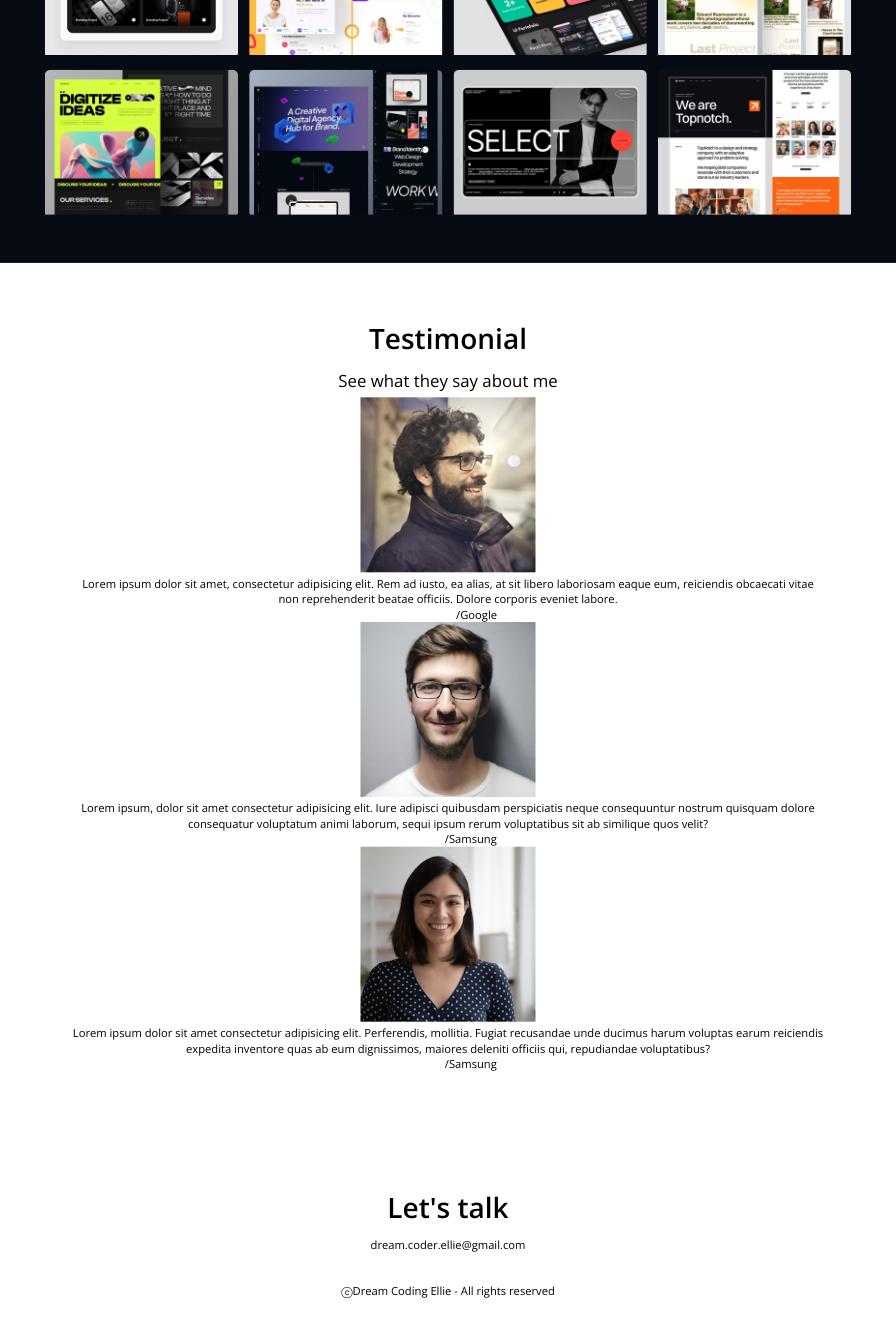
Repository: eggmoon/eggmoon_new
Page: index.html
These files come from the project's save history. The page is drawn as it stood at one moment and after a run of saves; the edit follows.
The browser window is 1280 px wide. The pictures show the part of the page from y = 2641 to 4561 px (the page is 4561 px tall before and 4007 px after), at 70% of full size.
Some web libraries are served in a nearby version.

Above is the page before, as saved 2025-02-26 14:56:54.

### index.html
<!DOCTYPE html>
<html lang="en">
  <head>
    <meta charset="UTF-8" />
    <meta http-equiv="X-UA-Compatible" content="IE=edge" />
    <meta name="viewport" content="width=device-width, initial-scale=1.0" />
    <!-- SEO -->
    <title>행정심판청구서 작성 가이드</title>
    <meta
      name="description"
      content="Portfolio for world-renowned software
    engineer Ellie"
    />
    <meta name="author" content="MScho" />
    <link rel="shortcut icon" href="images/favicon.ico" type="image/x-icon" />
    <!-- OG (Open Graph Data) -->
    <meta property="og:title" content="행정정심판청구서 작성 가이드" />
    <meta property="og:type" content="website" />
    <meta property="og:url" content="https://eggmoon.github.io/eggmoon/"/>
    <meta property="og:image" content="배포후에 생성된 이미지 URL" />
    <!-- Google Fonts -->
    <link rel="preconnect" href="https://fonts.googleapis.com" />
    <link rel="preconnect" href="https://fonts.gstatic.com" crossorigin />
    <link
      href="https://fonts.googleapis.com/css2?family=Open+Sans:wght@400;600&display=swap"
      rel="stylesheet"
    />
    <!-- Font Awesome -->
    <script src="https://kit.fontawesome.com/8d3cd595d6.js" crossorigin="anonymous"></script>
    <!-- CSS -->
    <link rel="stylesheet" href="css/style.css" />
    <!-- Javascript -->
    <script src="src/main.js" defer></script>
  </head>
  <body>
    <!-- Header -->
    <header class="header">
      <div class="header__logo">
        <img class="header__logo__img" src="images/favicon.ico" alt="logo" />
        <h1 class="header__logo__title"><a href="#">조미성 행정사사무소</a></h1>
      </div>
      <nav>
        <ul class="header__menu">
          <li><a class="header__menu__item active" href="#home">작성 Flow</a></li>
          <li><a class="header__menu__item" href="#about">사실관계 확인</a></li>
          <li><a class="header__menu__item" href="#skills">법령 포섭</a></li>
          <li><a class="header__menu__item" href="#work">사실의 재구성</a></li>
          <li><a class="header__menu__item" href="#testimonial">비례의 원칙</a></li>
          <li><a class="header__menu__item" href="#contact">청구서 작성</a></li>
        </ul>
      </nav>
    </header>
    <!-- Main -->
    <main>
      <!-- Home -->
      <section id="home" class="section">
        <img class="home__logo" src="images/favicon.ico" alt="Ellie's profile" />
        <h2 class="home__title"><strong class="home__title--strong">행정심판청구서</strong> <br> 작성 가이드</h2>
        <p class="home__description">사실관계 확정과 비례의 원칙을 중심으로</p>
        <a class="home__contact" href="#contact">조미성 행정사사무소</a>
      </section>
      <!-- About -->
      <section id="about" class="section max-container =">
        <h2 class="title">작성 Flow</h2>
        <p section="description">
          사실관계 및 법령의 확인
        </p>
        <p>내용을 작성해야 합니다.</p>
        <ul class="about__majors">
          <li class="about__major">
            <i class="fa-brands fa-html5 about__major__icon"></i>
            <p class="about__major__title">사실관계 및 관련 법령</p>
            <p>처분서에 따른... 확인</p>
          </li>
          <li class="about__major">
            <i class="fa-solid fa-mobile about__major__icon"></i>
            <p class="about__major__title">사실관계의 재구성</p>
            <p>사실관계...재구성</p>
          </li>
          <li class="about__major">
            <i class="fa-solid fa-server about__major__icon"></i>
            <p class="about__major__title">자료조사 및 법령의 해석론 확립</p>
            <p>논문, 법령... 등 조사</p>`
          </li>
        </ul>
        <ul class="about__subexps">
          <li class="about__subexp">
            <img src="images/jobs/google.png" alt="google logo" />
            <div>
              <p class="about__subexp__title">Google as Senior Software Engineer</p>
              <p class="about__subexp__content">2019 Oct - Until now</p>
            </div>
          </li>
          <li class="about__subexp">
            <img src="images/jobs/samsung.png" alt="samsung logo" />
            <div>
              <p class="about__subexp__title">Samsung as Software Engineer</p>
              <p class="about__subexp__content">2014 Sept - 2019 Oct</p>
            </div>
          </li>
        </ul>
      </section>
      <!-- Skills -->
      <section id="skills" class="section">
        <div class="max-container">
          <h2 class="title">사실관계의 확인</h2>
          <p class="description">사실관계</p>
          <p>
            Lorem ipsum dolor sit, amet consectetur adipisicing 계lit. Alias
            doloremque sint deleniti vel quod itaque molestias, suscipit dolor
            cupiditate saepe rem minima, amet ipsum accusantium architecto
            laboriosam dolore id necessitatibus?
          </p>
          <div class="skills-container">
            <section class="skills__rule">
              <h3 class="skills__title">Coding Skills</h3>
              <ul>
                <li class="bar">
                  <div class="bar__metadata"><span>HTML</span><span>98%</span></div>
                  <div><div class="bar__value bar__bg" style="width: 98%"></div></div>
                </li>
                <li class="bar">
                  <div class="bar__metadata"><span>CSS</span><span>90%</span></div>
                  <div><div class="bar__value bar__bg" style="width: 90%"></div></div>
                </li>
                <li class="bar">
                  <div class="bar__metadata"><span>JavaScript</span><span>90%</span></div>
                  <div><div class="bar__value bar__bg" style="width: 90%"></div></div>
                </li>
                <li class="bar">
                  <div class="bar__metadata"><span>TypeScript</span><span>80%</span></div>
                  <div><div class="bar__value bar__bg" style="width: 80%"></div></div>
                </li>
                <li class="bar">
                  <div class="bar__metadata"><span>React</span><span>79%</span></div>
                  <div><div class="bar__value bar__bg" style="width: 79%"></div></div>
                </li>
                <li class="bar">
                  <div class="bar__metadata"><span>NodeJs</span><span>68%</span></div>
                  <div><div class="bar__value bar__bg" style="width: 68%"></div></div>
                </li>
              </ul>
            </section>
            <section class="skills__explain">
              <h3 class="skills__title">Tools</h3>
              <ul>
                <li>Visual Studio Code</li>
                <li>IntelliJ</li>
                <li>Android Studio Code</li>
                <li>iOS development tools</li>
                <li>Sketch app</li>
              </ul>
            </section>
            <section class="skills__data">
              <h3 class="skills__title">Etc</h3>
              <ul>
                <li>Git</li>
                <li>Scrum Master</li>
                <li>Math</li>
              </ul>
            </section>
          </div>
        </div>
      </section>
      <!-- Work -->
      <section id="work" class="section">
        <div class="max-container">
          <h2 class="title">My work</h2>
          <p class="description">Projects</p>
          <ul class="categories">
            <li>
              <button class="category category--selected">All <span class="category__count">8</span></button>
            </li>
            <li>
              <button class="category">Front-end <span class="category__count">3</span></button>
            </li>
            <li>
              <button class="category">Back-end <span class="category__count">3</span></button>
            </li>
            <li>
              <button class="category">Mobile <span class="category__count">2</span></button>
            </li>
          </ul>
          <ul class="projects">
            <li class="project">
              <a href="#" target="_blank">
                <img src="images/projects/project1.webp" alt="project1" class="project__img"/>
                <div class="project__metadata">
                  <h3 class="project__title">Project #1</h3>
                  <p>Clone Coding with HTML, CSS</p>
                </div>
              </a>
            </li>
            <li class="project">
              <a href="#" target="_blank">
                <img src="images/projects/project2.webp" alt="project2" class="project__img"/>
                <div class="project__metadata">
                  <h3 class="project__title">Project #2</h3>
                  <p>Clone Coding with HTML, CSS</p>
                </div>
              </a>
            </li>
            <li class="project">
              <a href="#" target="_blank">
                <img src="images/projects/project3.webp" alt="project3" class="project__img"/>
                <div class="project__metadata">
                  <h3 class="project__title">Project #3</h3>
                  <p>Clone Coding with HTML, CSS</p>
                </div>
              </a>
            </li>
            <li class="project">
              <a href="#" target="_blank">
                <img src="images/projects/project4.webp" alt="project4" class="project__img"/>
                <div class="project__metadata">
                  <h3 class="project__title">Project #4</h3>
                  <p>Clone Coding with HTML, CSS</p>
                </div>
              </a>
            </li>
            <li class="project">
              <a href="#" target="_blank">
                <img src="images/projects/project5.webp" alt="project5" class="project__img"/>
                <div class="project__metadata">
                  <h3 class="project__title">Project #5</h3>
                  <p>Clone Coding with HTML, CSS</p>
                </div>
              </a>
            </li>
            <li class="project">
              <a href="#" target="_blank">
                <img src="images/projects/project6.webp" alt="project6" class="project__img"/>
                <div class="project__metadata">
                  <h3 class="project__title">Project #6</h3>
                  <p>Clone Coding with HTML, CSS</p>
                </div>
              </a>
            </li>
            <li class="project">
              <a href="#" target="_blank">
                <img src="images/projects/project7.webp" alt="project7" class="project__img"/>
                <div class="project__metadata">
                  <h3 class="project__title">Project #7</h3>
                  <p>Clone Coding with HTML, CSS</p>
                </div>
              </a>
            </li>
            <li class="project">
              <a href="#" target="_blank">
                <img src="images/projects/project8.webp" alt="project8" class="project__img"/>
                <div class="project__metadata">
                  <h3 class="project__title">Project #8</h3>
                  <p>Clone Coding with HTML, CSS</p>
                </div>
              </a>
            </li>
          </ul>
        </div>
      </section>
      <!-- Testimonials -->
      <section id="testimonials" class="section max-container">
        <h2 class="title">Testimonial</h2>
        <p class="description">See what they say about me</p>
        <ul class="testimonials">
          <li class=".testimonial">
            <img src="images/testimonials/people1.webp" alt="people1" class="testimonial__img" />
            <div class="testimonial__bubble">
              <p>
                Lorem ipsum dolor sit amet, consectetur adipisicing elit. Rem ad
                iusto, ea alias, at sit libero laboriosam eaque eum, reiciendis
                obcaecati vitae non reprehenderit beatae officiis. Dolore
                corporis eveniet labore.
              </p>
              <p><a href="#">James Kim</a> /Google</p>
            </div>
          </li>
          <li class=".testimonial">
            <img src="images/testimonials/people2.webp" alt="people2" class="testimonial__img" />
            <div class="testimonial__bubble">
              <p class="testimonial__bubble__name">
                Lorem ipsum, dolor sit amet consectetur adipisicing elit. Iure
                adipisci quibusdam perspiciatis neque consequuntur nostrum
                quisquam dolore consequatur voluptatum animi laborum, sequi
                ipsum rerum voluptatibus sit ab similique quos velit?
              </p>
              <p><a href="#">Anna Jin</a> /Samsung</p>
            </div>
          </li>
          <li class=".testimonial">
            <img src="images/testimonials/people3.webp" alt="people3" class="testimonial__img" />
            <div class="testimonial__bubble">
              <p class="testimonial__bubble__name">
                Lorem ipsum dolor sit amet consectetur adipisicing elit.
                Perferendis, mollitia. Fugiat recusandae unde ducimus harum
                voluptas earum reiciendis expedita inventore quas ab eum
                dignissimos, maiores deleniti officiis qui, repudiandae
                voluptatibus?
              </p>
              <p class="testimonial__bubble__name"><a href="#">Anna Jin</a> /Samsung</p>
            </div>
          </li>
        </ul>
      </section>
      <!-- Arrow up -->
      <aside>
        <a href="#home" title="back to top">
          <i class="fa-solid fa-arrow-up"></i>
        </a>
      </aside>
    </main>
    <!-- Footer -->
    <footer id="contact" class="section">
      <h2 class="title">Let&#39;s talk</h2>
      <p class="testimonial__bubble__name" class="section">dream.coder.ellie@gmail.com</p>
      <ul>
        <li>
          <a
            href="https://github.com/dream-ellie"
            target="_blank"
            title="my github link"
          >
            <i class="fa-brands fa-github"></i>
          </a>
        </li>
        <li>
          <a
            href="https://github.com/dream-ellie"
            target="_blank"
            title="my linkedin link"
          >
            <i class="fa-brands fa-linkedin"></i>
          </a>
        </li>
      </ul>
      <p class="testimonial__bubble__name">ⓒDream Coding Ellie - All rights reserved</p>
    </footer>
  </body>
</html>

### css/style.css
/* Global */
:root {
/* App Colors */
  --color-primary: var(--color-black);
  --color-primary-variant: var(--color-gray);
  --color-accent: var(--color-blue);
  --color-accent-variant: var(--color-orange);
  --color-text: var(--color-white);
  /* Colors */
  --color-white: #ffffff;
  --color-black: #050a13;
  --color-blue: #03e8f9;
  --color-orange: #fd6413;
  --color-gray: #1b1e26;
  /* Size */
  --size-max-width: 1200px;
}
*{
  box-sizing: border-box;
}
body {
  font-family: 'Open Sans', sans-serif;
  margin: 0;
}
h1, h2, h3, p, ul {
  margin: 0;
}

ul {
  list-style: none;
  padding: 0;
}

a{
  text-decoration: none;
  color: var(--color-text);
}

button{
  background-color: transparent;
  outline: 0;
  border: 0;
}

button:focus {
  outline: 1px solid var(--color-blue);
}

/* Common */
.section{
  padding: 4rem;
  text-align: center !important;
}

.title{
  font-size: 2.5rem;
  margin: 1rem 0;

}

.description{
  font-size:1.5rem;
  margin:0.5rem 0;
}

.max-container {
  max-width: var(--size-max-width);
  margin: auto;
}

/* Header */
.header{
  position: fixed;
  background-color: var(--color-black);
  top: 0;
  width: 100%;
  padding:1rem;
  display: flex;
  justify-content: space-between;
  align-items: center;
  z-index:1;
}

.header__logo{
  display:flex;
  align-items: center;
  gap: 8px
}

.header__logo__img{
  width: 36px;
  height: 36px;
}

.header__logo__title {
  font-size: 1.8rem;
}

.header__menu{
  display:flex;
  gap: 4px;
}
.header__menu__item{
  padding: 8px 16px;
}
.header__menu__item:hover{
  border-bottom: 1px solid var(--color-accent);
}
.header__menu__item.active{
  border: 1px solid var(--color-accent);
}
/* Home */
#home{
  background-color: var(--color-primary);
  color: var(--color-text);
  padding: 5rem 1rem;
  padding-top: 7rem;
  text-align: center;
}
.home__logo{
 width: 250px;
 height: 250px;
 object-fit: contain;
 border: 3px solid var(--color-accent);
 border-radius: 50%;
}
.home__title{
 font-size:3rem;
 margin-bottom: 1rem;

}
.home__title--strong{
  color: var(--color-accent);
}
/* .home__description{

} */

.home__contact{
  display: inline-block;
  background-color: var(--color-accent);
  color: var(--color-black);
  padding: 0.5rem 1rem;
  font-weight: bold;
  border-radius: 4px;
}

.home__contact:hover{
    /* hover 밀림 현상 해결: width, height을 주거나 outline으로 해결함 */
  background-color:transparent;
  outline: 1px solid var(--color-accent);
  color: var(--color-text);
}

/* about */

.about__majors{
  display: flex;
  justify-content: space-between;
  gap: 1rem;
  margin: 2.5rem 0;
}

.about__major{
  background-color: var(--color-primary-variant);
  padding: 2rem 1rem;
  color: var(--color-text);
  border-radius: 1rem;
  cursor: default;
  box-shadow:4.0px 8.0px 8.0px rgba(0,0,0,0.38);
  flex-grow:1;
  flex-shrink:1;
  flex-basis:0;
}

.about__major__icon{
  font-size: 4rem;
  margin: 1rem 0;
  color: var(--color-accent);
  transition: all 300ms ease;
}

.about__major__title{
 font-size: 1.5rem;
 font-weight: bold;
 margin-bottom: 1rem;
}

.about__major:hover .about__major__icon{
  transform: rotate(-15deg) scale(1.2);
}

.about__subexps{
  text-align: start;
}
.about__subexp{
  display:flex;
  align-items: center;
  gap: 8px;
  margin-bottom: 1rem;
}
.about__subexp__title{
  color: var(--color-primary);
}

.about__subexp__content{
  color: var(--color-primary);
}

/* skills */

#skills {
  background-color: var(--color-primary-variant);
  color: var(--color-text);
}
.skills__title{
  color: var(--color-accent);
  margin: 1rem 0;
  font-size: 1.2rem;
  margin: 2rem 3rem;
}
.skills-container{
  display: grid;
  grid-template-columns: 6fr 4fr;
  background-color: var(--color-primary);
  border-radius: 8px;
  overflow: hidden;
  box-shadow: 0 2.8px 2.2px rgba(0, 0, 0, 0.034), 0 6.7px 5.3px rgba(0, 0, 0, 0.048), 0 12.5px 10px rgba(0, 0, 0, 0.06), 0 22.3px 17.9px rgba(0, 0, 0, 0.072), 0 41.8px 33.4px rgba(0, 0, 0, 0.086), 0 100px 80px rgba(0, 0, 0, 0.12)
}

.skills__rule{
  grid-row: span 2;
  padding: 1rem;
}

.skills__explain{
  padding: 1rem;
}

.skills__data{
  padding: 1rem;
  background-color: var(--color-primary);
    filter: brightness(150%);
}

.bar{
  display:flex;
  flex-direction: column;
  padding: 1rem;
  gap: 0.5rem;
}
.bar__metadata{
  display:flex;
  justify-content:space-between;
}
.bar__bg{
  width: 100%;
  height: 3px;
  background-color: var(--color-primary-varient);
}
.bar__value{
  background-color: var(--color-accent);
}

 /* Work */
 #work {
  background-color: var(--color-primary);
  color: var(--color-text);
 }

 .categories {
  display:flex;
  justify-content: center;
  margin: 2.5rem;
  gap: 1rem;
 }

 .category {
  position:relative;
  color: var(--color-text);
  font-size: 1.1rem;
  padding: 0.5rem 3rem;
  border-radius: 4px;
  border: 1px solid var(--color-accent);
  cursor: pointer;
  white-space: nowrap;
 }


 .category__count{
  opacity: 0;
  position: absolute;
  top: -20px;
  right: 16px;
  width: 28px;
  height: 28px;
  line-height: 28px;
  border-radius: 100%;
  background-color: var(--color-accent-variant);
  color: var(--color-text);
  transition: all 300ms ease-in;
 }
 .category--selected {
  background-color: var(--color-accent);
  color: var(--color-primary);
 }
 .category--selected .category__count,
 .category:hover .category__count {
  opacity: 1;
  top:0;
 }

 .projects {
  display: grid;
  grid-template-columns: repeat(4, 1fr);
  grid-template-rows: repeat(2,1fr);
  gap: 1rem;
 }

 .project{
  position:relative;
  border-radius:8px;
  overflow:hidden;
 }

 .project__img{
  width: 100%;
 }

 .project__metadata{
  opacity: 0;
  position: absolute;
  top: 0;
  left: 0;
  width: 100%;
  height: 100%;
  background-color: var(--color-black);
  display:flex;
  flex-direction: column;
  justify-content: center;
  align-items: center;
  transition: all 250ms ease-in;
  transform: translateY(-10px);
 }

 .project__metadata:hover {
  opacity:0.8;
  transform: translateY(0px);
 }
 .project__title:after{
  content: '';
  display: block;
  position:relative;
  left:50%;
  transform: translate(-60%);
  width: 80px;
  height: 2px;
  background-color: var(--color-accent);
  margin:0.5rem;
 }

 /* Testimonial */

 .testimonials{

 }

 .testimonial{

 }
 .testimonial__img{

 }
 .testimonial__bubble{

 }

 .testimonial__bubble__name{

 }

Loaded but not shown: src/main.js (no copy from this time; the picture is the same without it)

After the next 4 saves:
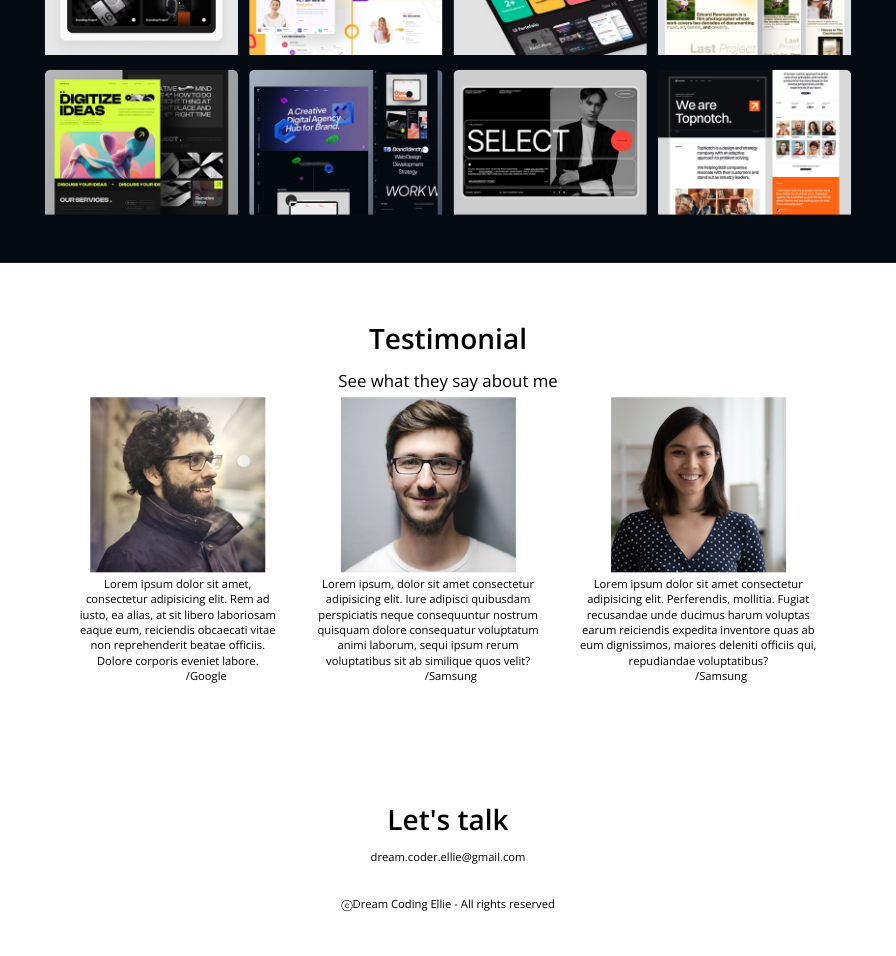
The 4 saves are shown as one change because they came seconds apart.
The last was saved 18 s later.
--- a/css/style.css
+++ b/css/style.css
@@ -362,7 +362,9 @@
  /* Testimonial */
 
  .testimonials{
-
+  display: flex;
+  gap: 2rem;
+  margin-bottom:
  }
 
  .testimonial{
